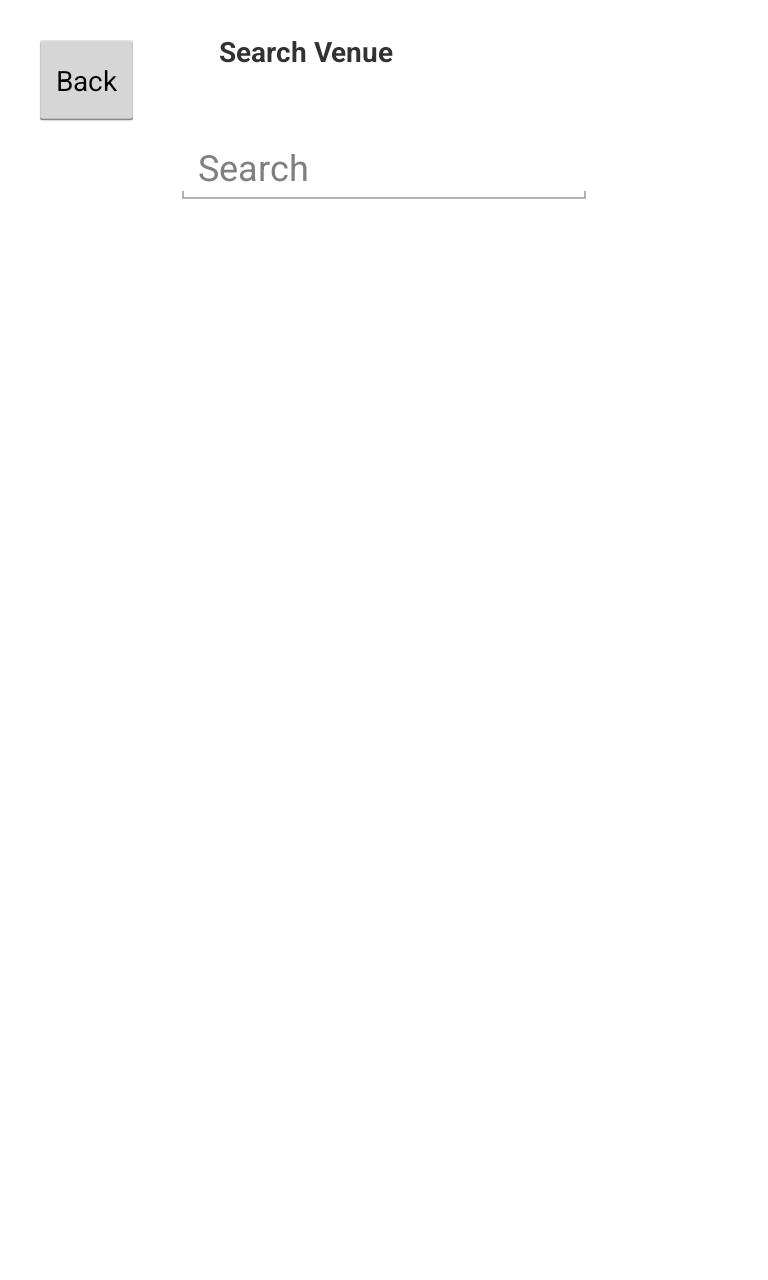
Repository: PotatoBiscuit/Thirstbuster
Layout: MobApp/workspace/DrinkAndGo/res/layout/activity_venue_search.xml
The author's editor kept a copy of each file at every save. The layout is drawn from the files as they stood at one save, then again after the next save.
It is drawn on a 768 x 1280 px phone screen (xhdpi) without system bars, with theme AppTheme; the app's code is not run.

Above is the layout before, as saved 2016-04-11 20:40:37.

After the next save:
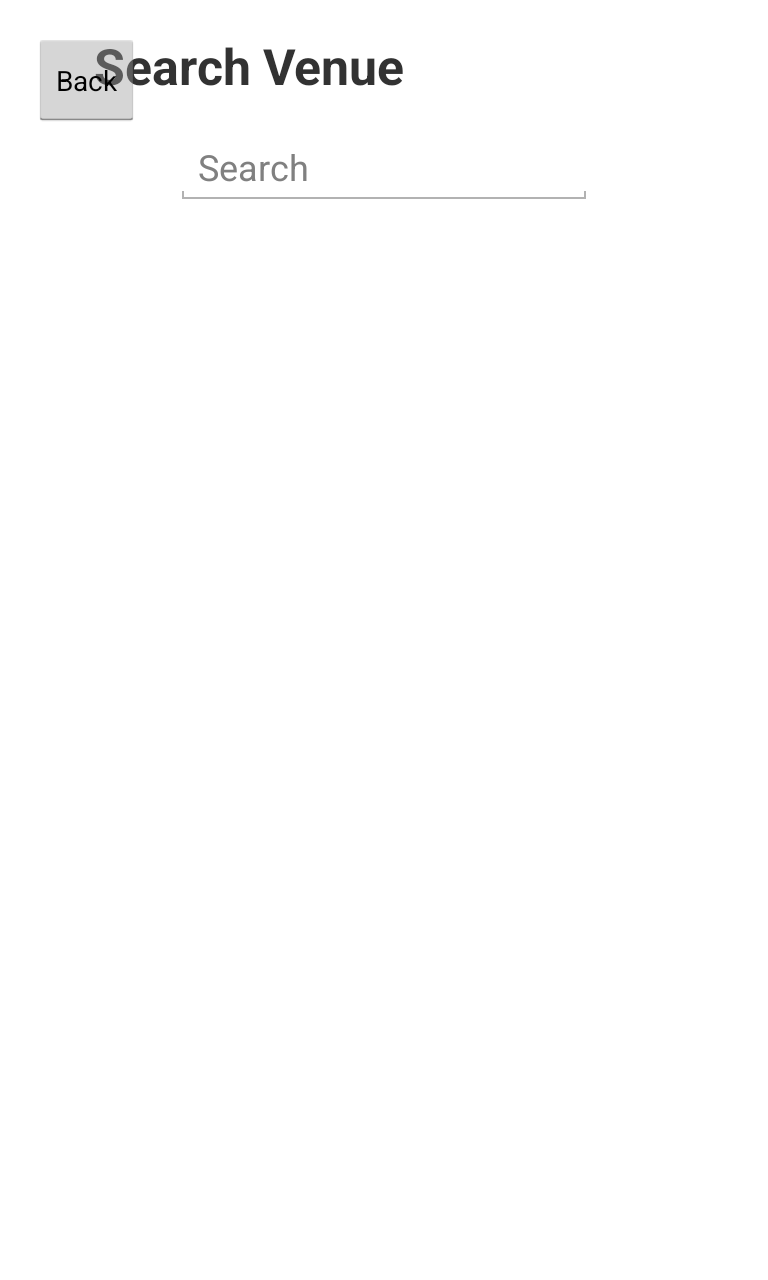
Saved 14 s later.
--- a/MobApp/workspace/DrinkAndGo/res/layout/activity_venue_search.xml
+++ b/MobApp/workspace/DrinkAndGo/res/layout/activity_venue_search.xml
@@ -22,6 +22,7 @@
             android:layout_centerInParent="true"
             android:ems="10"
             android:text="@string/search_venue"
+            android:textSize="@dimen/title_size2"
             android:textStyle="bold" />
 
         <Button
@@ -29,6 +30,8 @@
             style="?android:attr/buttonStyleSmall"
             android:layout_width="wrap_content"
             android:layout_height="wrap_content"
+            android:layout_alignParentLeft="true"
+            android:layout_alignParentTop="true"
             android:text="@string/back" />
 
     </RelativeLayout>
